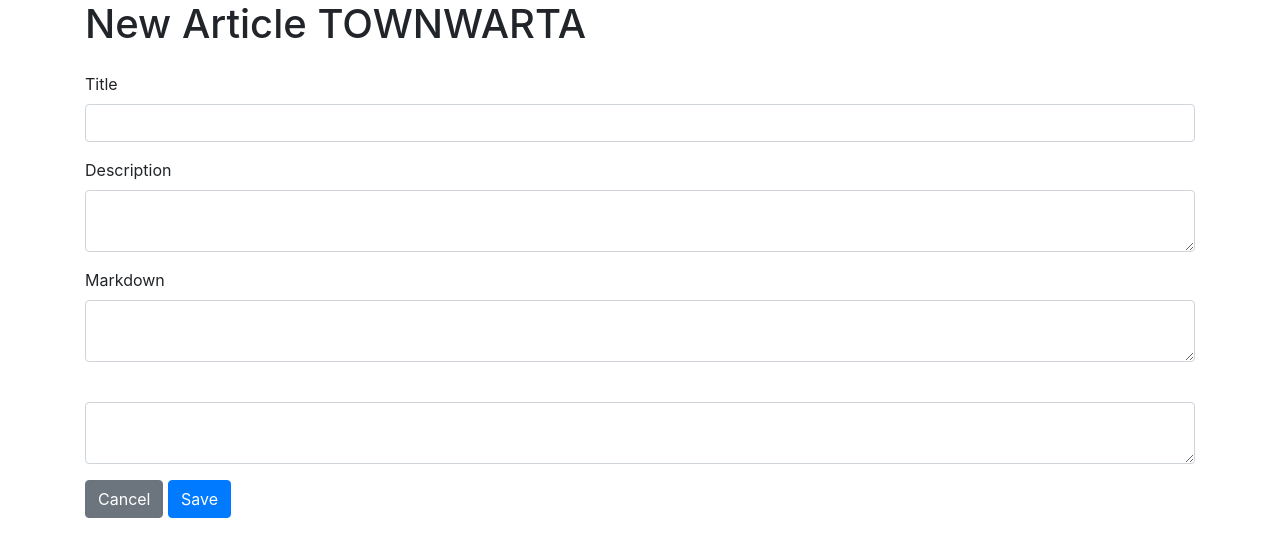
Repository: shivanand1988-28-06/townwarta
Page: http://localhost/articles/new
These files come from the project's save history. The page is drawn as it stood at one moment and after the next save; the edit follows.
The browser window is 1280 px wide. The pictures show the whole page.
The page is served by the project's Node server (Townwarta.js). Other server files are loaded and not shown.

Above is the page before, as saved 2022-08-29 14:03:10.

### views/articles/new.ejs
<!DOCTYPE html>
<html lang="en">
<head>
  <meta charset="UTF-8">
  <meta name="viewport" content="width=device-width, initial-scale=1.0">
  <link rel="stylesheet" href="https://maxcdn.bootstrapcdn.com/bootstrap/4.0.0/css/bootstrap.min.css" integrity="sha384-Gn5384xqQ1aoWXA+058RXPxPg6fy4IWvTNh0E263XmFcJlSAwiGgFAW/dAiS6JXm" crossorigin="anonymous">
  <meta http-equiv="X-UA-Compatible" content="ie=edge">
  <title>TOWNWARTA</title>
</head>
<body>
  <div class="container">
    <h1 class="mb-4">New Article TOWNWARTA</h1>

    <form action="/articles" method="POST">
      <%- include('_form_fields') %>
    </form>
  </div>
</body>
</html>

### views/articles/_form_fields.ejs
<div class="form-group">
  <label for="title">Title</label>
  <input required value="<%= article.title %>" type="text" name="title" id="title" class="form-control">
</div>
<div class="form-group">
  <label for="description">Description</label>
  <textarea name="description" id="description" class="form-control"><%= article.description %></textarea>
</div>
<div class="form-group">
  <label for="markdown">Markdown</label>
  <textarea required name="markdown" id="markdown" class="form-control"><%= article.markdown %></textarea>
</div>
<div class="form-group">
  <label for="meta"></label>
  <textarea required name="markdown" id="markdown" class="form-control"><%= article.markdown %></textarea>
</div>

<a href="/" class="btn btn-secondary">Cancel</a>
<button type="submit" class="btn btn-primary">Save</button>

### Townwarta.js

require("dotenv").config();
const express = require("express");
const mongoose = require("mongoose");
const articleRouter = require("./routes/articles");
const userRouter = require("./routes/user");
const connectDB = require("./db/connect");
const app = express();
const Article= require("./models/article");
const methodOverride = require("method-override")
const port = process.env.PORT || 3000


app.set("view engine", "ejs");
// app.use(express.json());
 app.use(express.urlencoded({extended:false}));

app.use(methodOverride("_method"));

  app.get("/", async (req,res)=>{
    const articles = await Article.find();
    res.render("articles/index" , {articles:articles});
  });

  app.use("/" , userRouter);

app.use("/articles" , articleRouter );

console.log(Article)


const start = async () =>{

try{

    await connectDB( process.env.MONGO_URI );
    app.listen(port,()=>{ console.log(`app is running over port ${port}`)});

}catch(error) {

    console.log(error);

}

}

start();

### routes/articles.js
const express = require('express')
const Article = require('./../models/article')
const router = express.Router();


router.get('/new', (req, res) => {
  res.render('articles/new', { article: new Article() })
})
router.get("/status" , (req,res)=>{
  const stat = "ok"
  res.render("articles/status" , {stat:stat});
  console.log(req.body);
})
router.get('/edit/:id', async (req, res) => {
  const article = await Article.findById(req.params.id)
  res.render('articles/edit', { article: article })
})

router.get('/:slug', async (req, res) => {
  const article = await Article.findOne({ slug: req.params.slug })
  if (article == null) res.redirect('/')
  res.render('articles/show', { article: article })
})

router.post('/', async (req, res, next) => {
  req.article = new Article()
  next()
}, saveArticleAndRedirect('new'))

router.put('/:id', async (req, res, next) => {
  req.article = await Article.findById(req.params.id)
  next()
}, saveArticleAndRedirect('edit'))

router.delete('/:id', async (req, res) => {
  await Article.findByIdAndDelete(req.params.id)
  res.redirect('/')
})



function saveArticleAndRedirect(path) {

  return async (req, res) => {
    console.log(req.body.title,req.article);
    let article = req.body
    article.title = req.body.title
    article.description = req.body.description
    article.markdown = req.body.markdown
    console.log(article)
    const {  title , description , markdown} = req.article
    const newarticle = Article.create({  title , description , markdown });
    try {

      article = await article.save();

      res.redirect(`/articles/${article.slug}`)
    } catch (e) {
      res.render(`articles/${path}`, { article: article })
    }
  }
}

module.exports = router
// const { getUsers,createUser,getAllNews,createNews,updateSingleNews,deleteSingleNews,getSingleNews } = require("../mainroutesfunctions/main");

// router.route("/news").get(getAllNews).post(createNews);
// router.route("/news/:id").get(getSingleNews).patch(updateSingleNews).delete(deleteSingleNews);
// router.route("/users").get(getUsers).post(createUser);

After the next save:
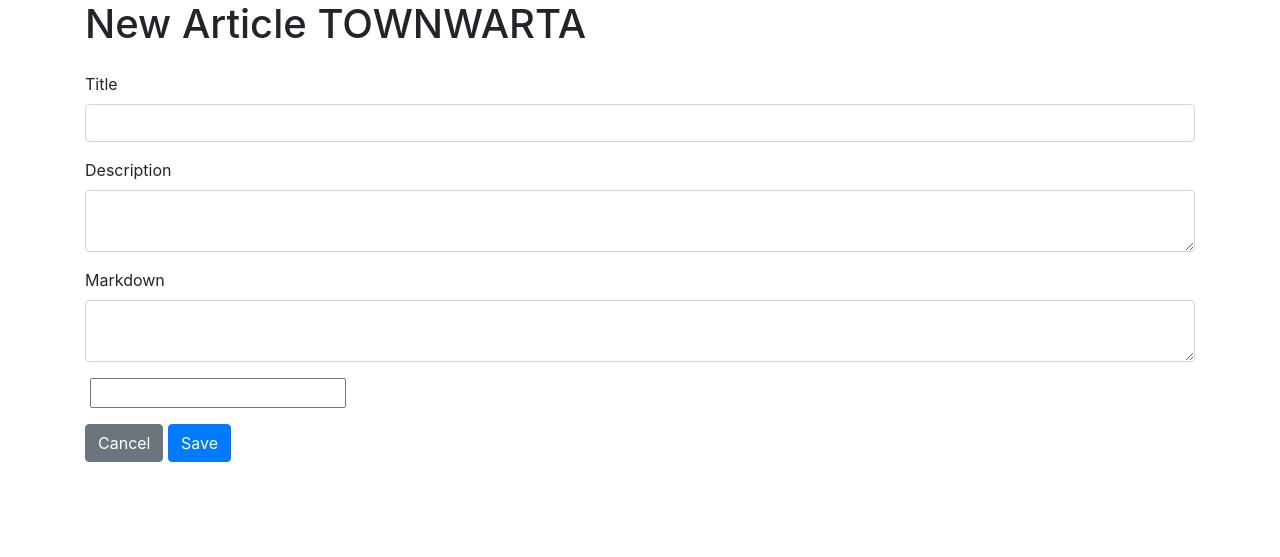
Saved 4 min 19 s later.
--- a/views/articles/_form_fields.ejs
+++ b/views/articles/_form_fields.ejs
@@ -11,8 +11,8 @@
   <textarea required name="markdown" id="markdown" class="form-control"><%= article.markdown %></textarea>
 </div>
 <div class="form-group">
-  <label for="meta"></label>
-  <textarea required name="markdown" id="markdown" class="form-control"><%= article.markdown %></textarea>
+  <label for="likes"></label>
+ <input type = "number">
 </div>
 
 <a href="/" class="btn btn-secondary">Cancel</a>
